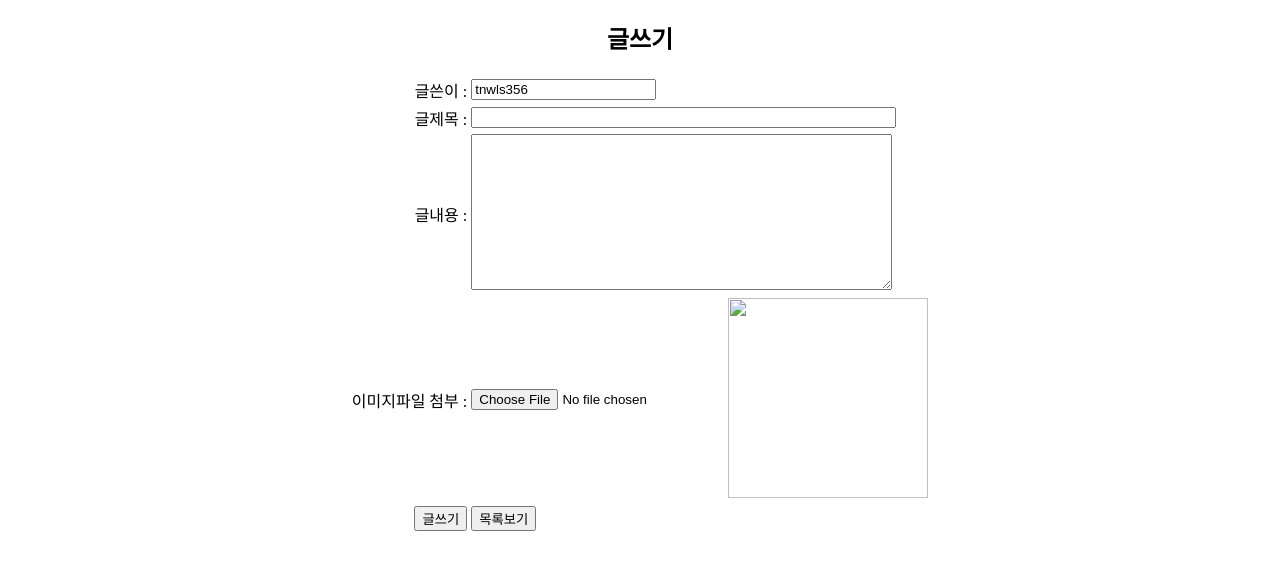
Repository: chromosome2/member
Page: http://localhost/memberMVC/boardinfo/replyForm.jsp
The author's editor kept a copy of each file at every save. The page is drawn from the files as they stood at one save, then again after the next save.
The browser window is 1280 px wide. The pictures show the whole page.
The page is served by Tomcat 9.

Above is the page before, as saved 2022-10-27 02:18:28.

After the next save:
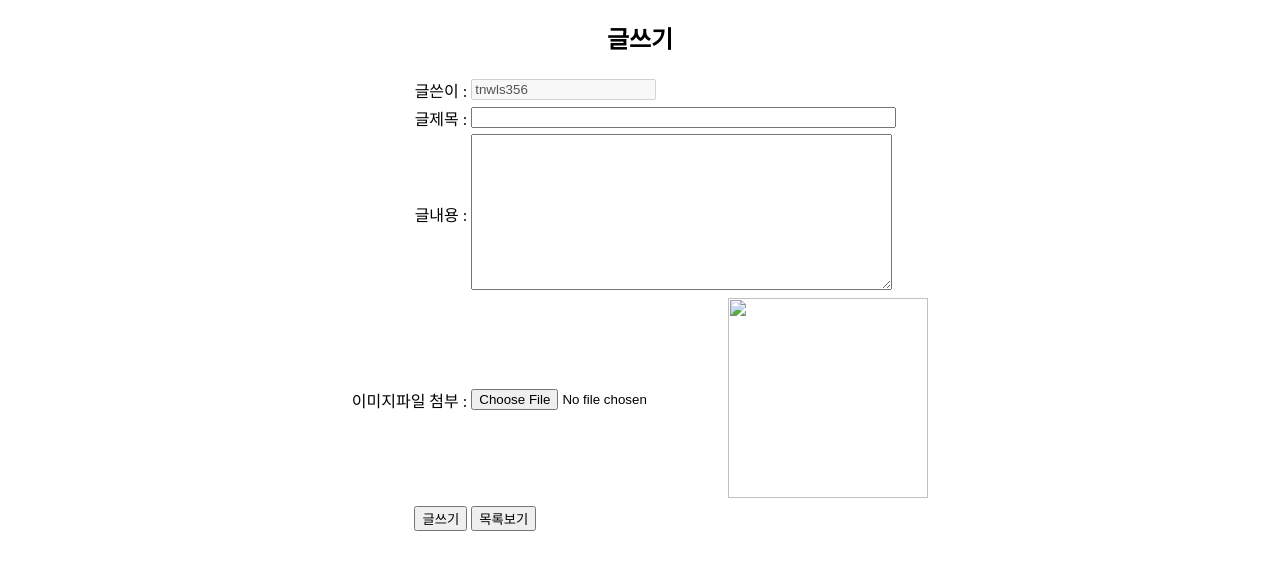
Saved 5 s later.
--- a/projectWorkspace9/memberMVC/src/main/webapp/boardinfo/replyForm.jsp
+++ b/projectWorkspace9/memberMVC/src/main/webapp/boardinfo/replyForm.jsp
@@ -35,7 +35,7 @@
 		<table align="center">
 			<tr>
 				<td align="right">글쓴이 : </td>
-				<td><input type="text" value="tnwls356" name="title"></td>
+				<td><input type="text" value="tnwls356" disabled></td>
 			</tr>
 			<tr>
 				<td align="right">글제목 : </td>
